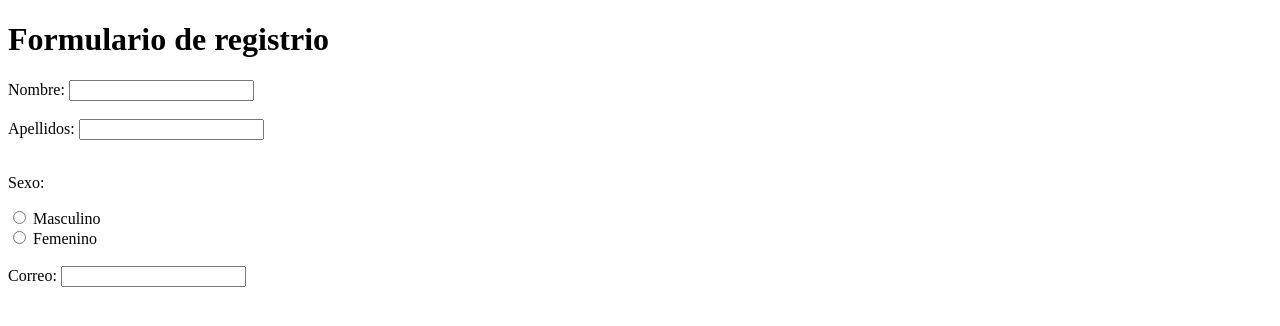
Repository: ScoggoDev/DesarrolloWeb
Page: tarea en equipo 1/register.html
An editor plug-in stored every save of this project. The page is shown before and after the next save, followed by the edit.
The browser window is 1280 px wide. The pictures show the whole page.

Above is the page before, as saved 2021-07-12 10:18:57.

After the next save:
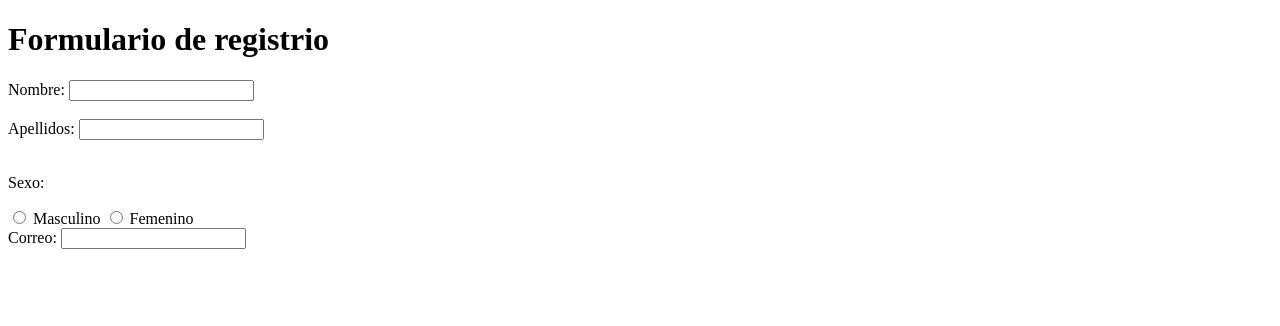
Saved 10 s later.
--- a/tarea en equipo 1/register.html
+++ b/tarea en equipo 1/register.html
@@ -16,9 +16,9 @@
     <br>
         <p>Sexo: </p>
         <input type="radio" id="male" name="sex" value="male">
-        <label for="male">Masculino</label><br>
+        <label for="male">Masculino</label>
         <input type="radio" id="female" name="sex" value="female">
-        <label for="female">Femenino</label><br>
+        <label for="female">Femenino</label>
     <br>
     <label for="fmail">Correo:</label>
       <input type="text" id="fmail" name="fmail"><br>
